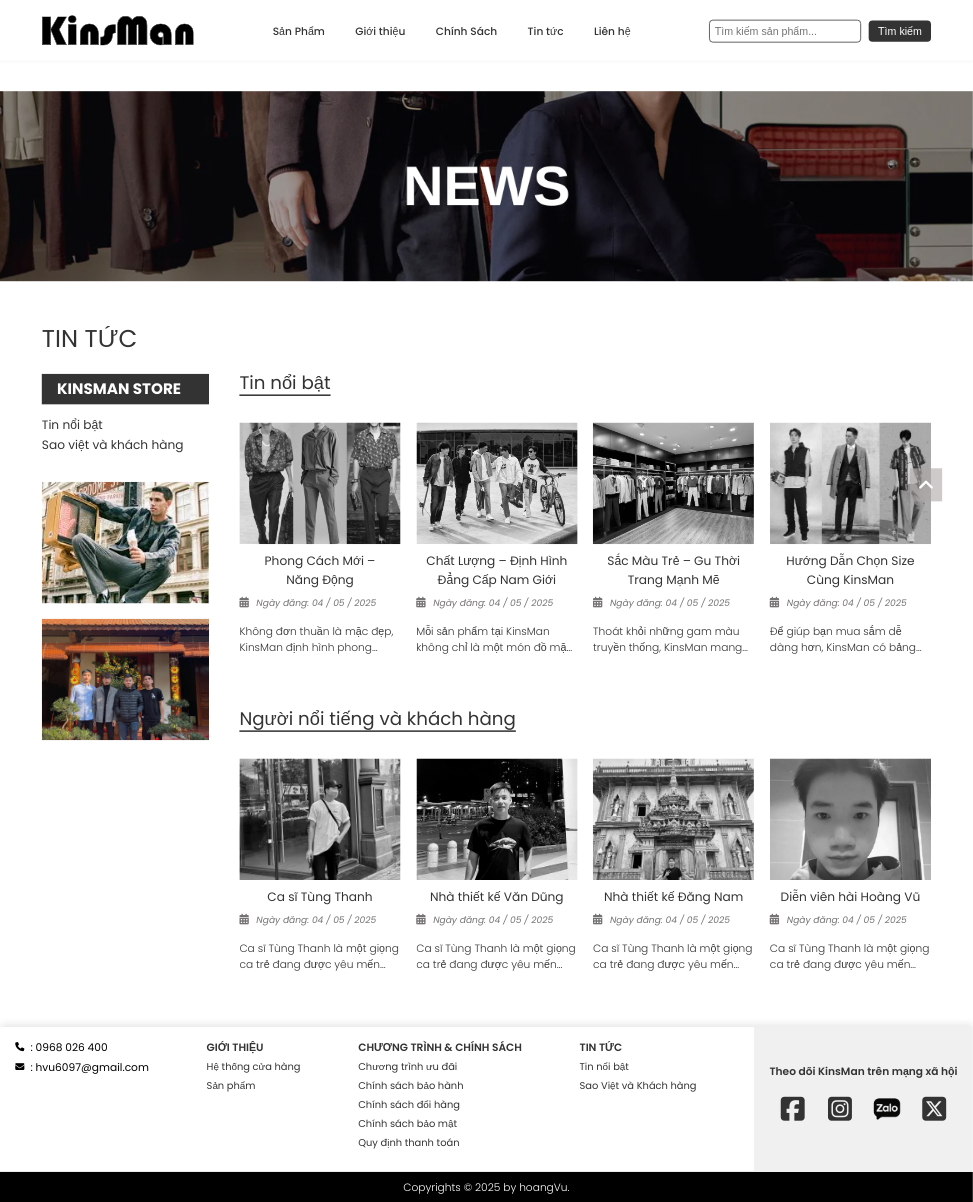
Repository: hoang28092000/kinsmanClothes
Page: category/news.html
The author's editor kept a copy of each file at every save. The page is drawn from the files as they stood at one save, then again after a run of saves.
The browser window is 1280 px wide. The pictures show the whole page, at 76% of full size.

Above is the page before, as saved 2025-05-08 15:04:42.
Console error: TypeError: Cannot read properties of null (reading 'addEventListener')

After the next 2 saves:
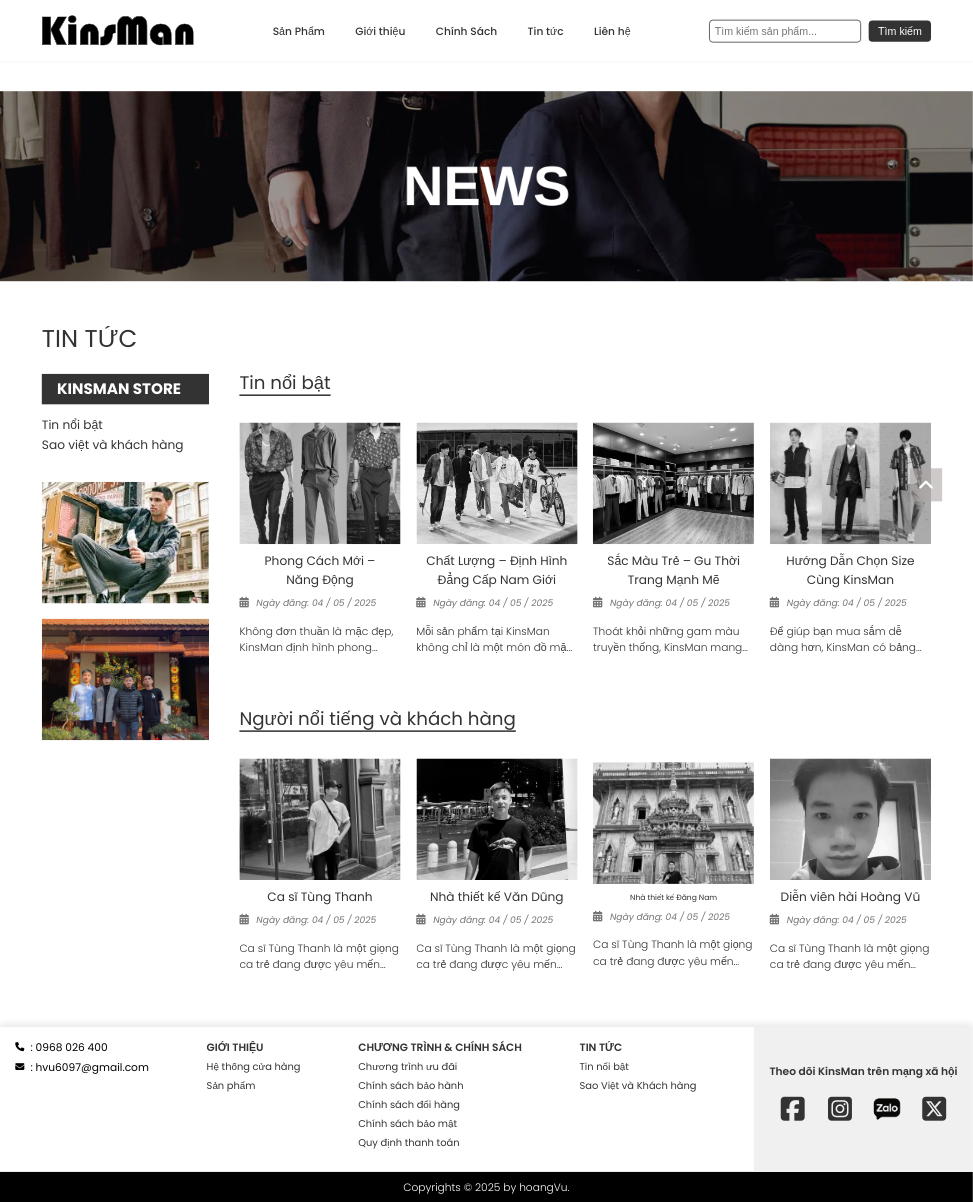
The 2 saves are shown as one change because they came seconds apart.
The last was saved 10 s later.
--- a/category/news.html
+++ b/category/news.html
@@ -220,7 +220,7 @@
                     <div class="img-news">
                       <img src="../asset/image/celep-5.jpg" alt="" />
                     </div>
-                    <h3 class="name-news"><a href=""> Nhà thiết kế Đăng Nam </a></h3>
+                    <h3 class="name-news">Nhà thiết kế Đăng Nam</h3>
                   </a>
                   <div class="desc">
                     <div class="time-up">
